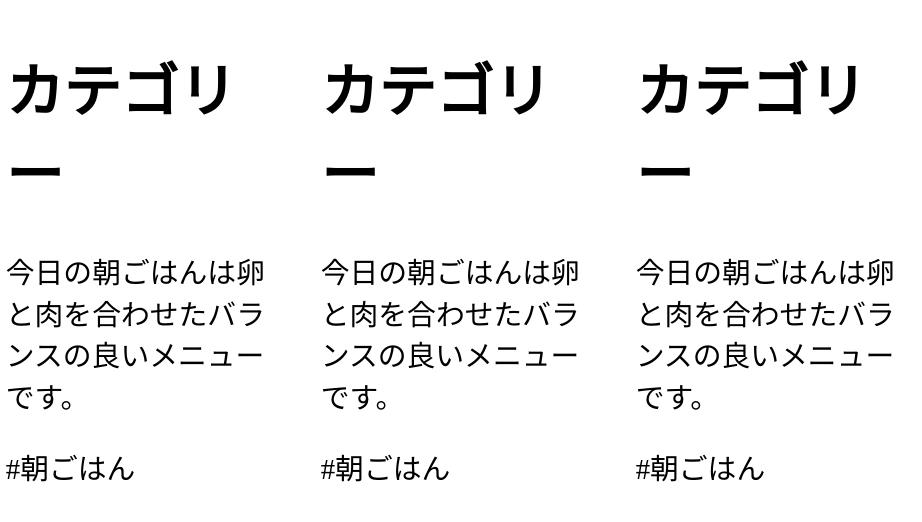
Repository: 9136424556/todo01
Page: coachtech/html-css/css1-17問.html
These files come from the project's save history. The page is drawn as it stood at one moment and after the next save; the edit follows.
The browser window is 1280 px wide. The pictures show the whole page, at 72% of full size.

Above is the page before, as saved 2023-12-01 04:49:19.

### coachtech/html-css/css1-17問.html
<link rel="stylesheet" href="css/css1-17問.css">
<div class="flex">
    <div class="box">
        <h1 class="cord-title">カテゴリー</h1>
        <p class="cord-dl">今日の朝ごはんは卵と肉を合わせたバランスの良いメニューです。</p>
        <p class="cord-tag">#朝ごはん</p>
    </div>
    <div class="box">
        <h1 class="cord-title">カテゴリー</h1>
        <p class="cord-dl">今日の朝ごはんは卵と肉を合わせたバランスの良いメニューです。</p>
        <p class="cord-tag">#朝ごはん</p>
    </div>
    <div class="box">
        <h1 class="cord-title">カテゴリー</h1>
        <p class="cord-dl">今日の朝ごはんは卵と肉を合わせたバランスの良いメニューです。</p>
        <p class="cord-tag">#朝ごはん</p>
    </div>
</div>

### coachtech/html-css/css/css1-17問.css
.flex{
    display: flex;
    flex-direction: row;
    justify-content: space-between;
}
.box{
    background-color: white;
    margin-right: 10px;
    width: 30%;
    height:30%;
    font-size: 40px;
}

After the next save:
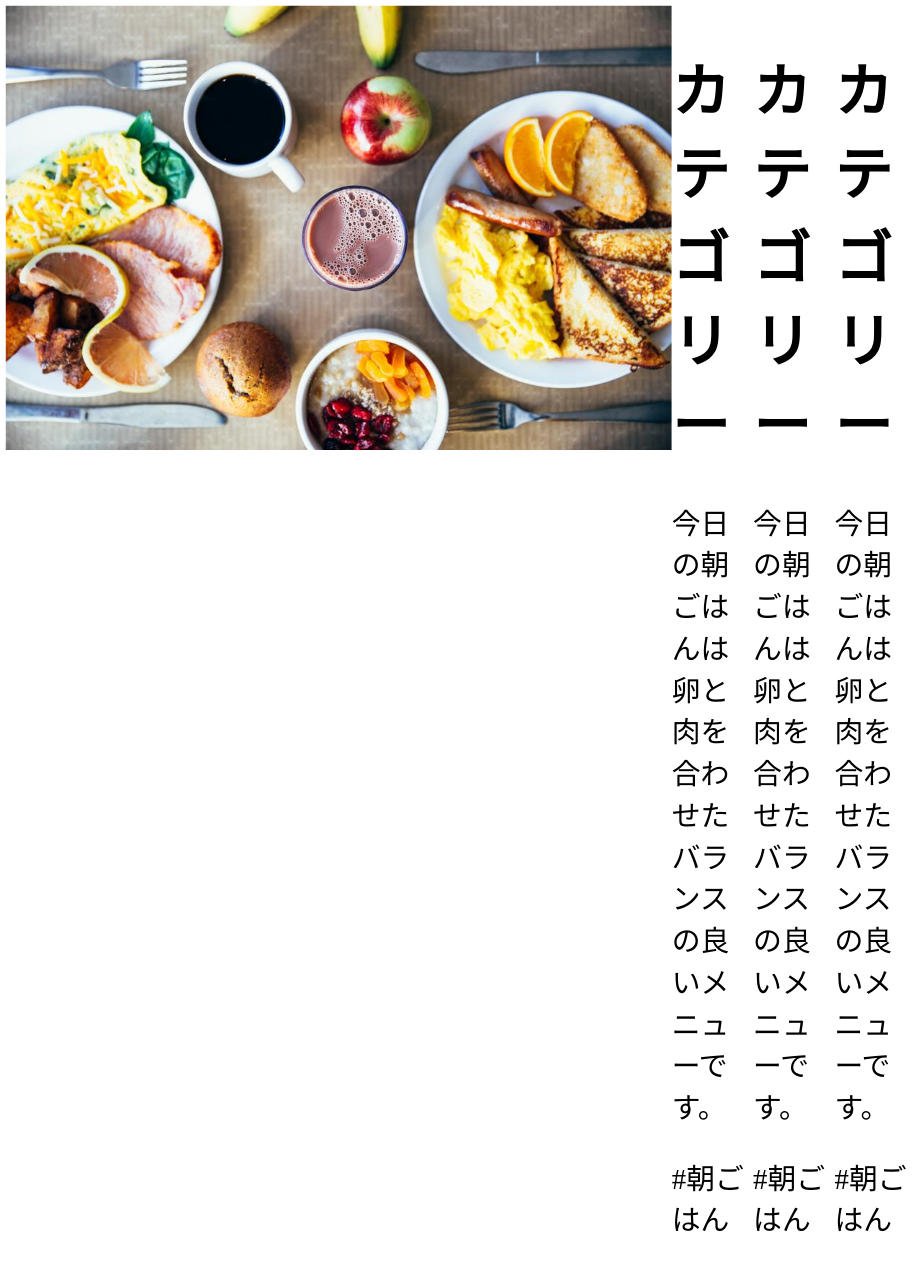
Saved 3 min 54 s later.
--- a/coachtech/html-css/css1-17問.html
+++ b/coachtech/html-css/css1-17問.html
@@ -1,5 +1,8 @@
 <link rel="stylesheet" href="css/css1-17問.css">
 <div class="flex">
+    <div class="card__img">
+        <img src="img/card.jpg" alt="" />
+    </div>
     <div class="box">
         <h1 class="cord-title">カテゴリー</h1>
         <p class="cord-dl">今日の朝ごはんは卵と肉を合わせたバランスの良いメニューです。</p>
